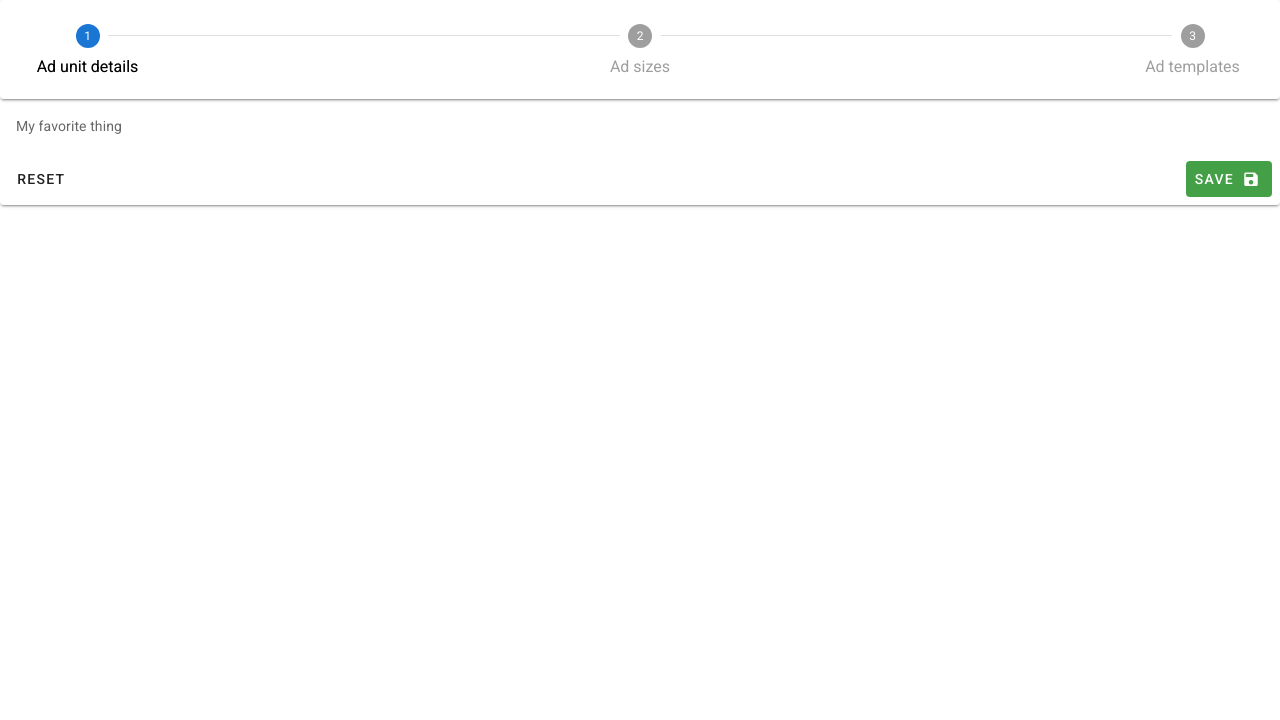
Repository: SidneyHodieb/myc
Page: /addsource
These files come from the project's save history. The page is drawn as it stood at one moment and after the next save; the edit follows.
The browser window is 1280 px wide. The pictures show the whole page.
The project was rebuilt for these pictures with package versions that can differ from the ones it lists, and the page was loaded fresh each time. Also part of the build but not shown: vue.config.js, src/views/Home.vue, src/views/addSource/components/format.vue, src/views/addSource/components/card.vue, src/views/addSource/components/trigger.vue.

Above is the page before, as saved 2021-04-03 18:27:07.

### src/App.vue
<template>
  <v-app>
    <v-main>
      <router-view></router-view>
    </v-main>
  </v-app>
</template>

<script>

export default {
  name: 'App',
  data: () => ({
    //
  }),
};
</script>

### src/router/index.js
import Vue from 'vue'
import VueRouter from 'vue-router'
import Home from '../views/Home.vue'
import addSource from '../views/addSource/column'
import format from '../views/addSource/components/format'
import card from '../views/addSource/components/card'
import trigger from '../views/addSource/components/trigger'

Vue.use(VueRouter)

const routes = [
  {
    path: '/',
    name: 'Home',
    component: Home
  },
  {
    path: '/addsource',
    name: 'addSource',
    component: addSource,
    children: [
      {
        path: 'format',
        component: format
      },
      {
        path: 'card',
        component: card
      },
      {
        path: 'trigger',
        component: trigger
      }
    ]
  },
  {
    path: '/about',
    name: 'About',
    // route level code-splitting
    // this generates a separate chunk (about.[hash].js) for this route
    // which is lazy-loaded when the route is visited.
    component: function () {
      return import(/* webpackChunkName: "about" */ '../views/About.vue')
    }
  }
]

const router = new VueRouter({
  mode: 'history',
  base: process.env.BASE_URL,
  routes
})

export default router

### src/views/addSource/column.vue
<template>
  <v-card>
    <!-- Header -->
      <v-stepper alt-labels>
          <v-stepper-header>
            <v-stepper-step step="1">
              Ad unit details
            </v-stepper-step>

            <v-divider></v-divider>

            <v-stepper-step step="2">
              Ad sizes
            </v-stepper-step>

            <v-divider></v-divider>

            <v-stepper-step step="3">
              Ad templates
            </v-stepper-step>
          </v-stepper-header>
        </v-stepper>

        <!-- Content -->
        <v-card-text>My favorite thing</v-card-text>
        <router-view></router-view>
        <!--Footer  -->


      <!-- <v-row class="">
        <v-col>
          <v-btn
      rounded
      outlined
      color="indigo"
    >
     <v-icon left>
        mdi-arrow-left
      </v-icon>
      Précedent
    </v-btn>
        </v-col>
        <v-col>
          <v-btn
      rounded
      color="primary"
      dark
    >
      Suivant
    </v-btn>
        </v-col>
      </v-row> -->

<v-card-actions style="position:bottom; bottom:0">
      <v-btn
        text
        @click="tree = []"
      >
        Reset
      </v-btn>

      <v-spacer></v-spacer>

      <v-btn
        class="white--text"
        color="green darken-1"
        depressed
      >
        Save
        <v-icon right>
          mdi-content-save
        </v-icon>
      </v-btn>
    </v-card-actions>
   <!--  <v-sheet
      id="scroll-threshold-example"
      class="overflow-y-auto pb-16"
      max-height="600"
    >
      <v-responsive height="1500"></v-responsive>
    </v-sheet> -->
  </v-card>
</template>

<script>
export default {

}
</script>

<style>

</style>

Loaded but not shown: public/index.html (common file); src/main.js (common file); src/store/index.js (common file); src/plugins/vuetify.js (common file)

After the next save:
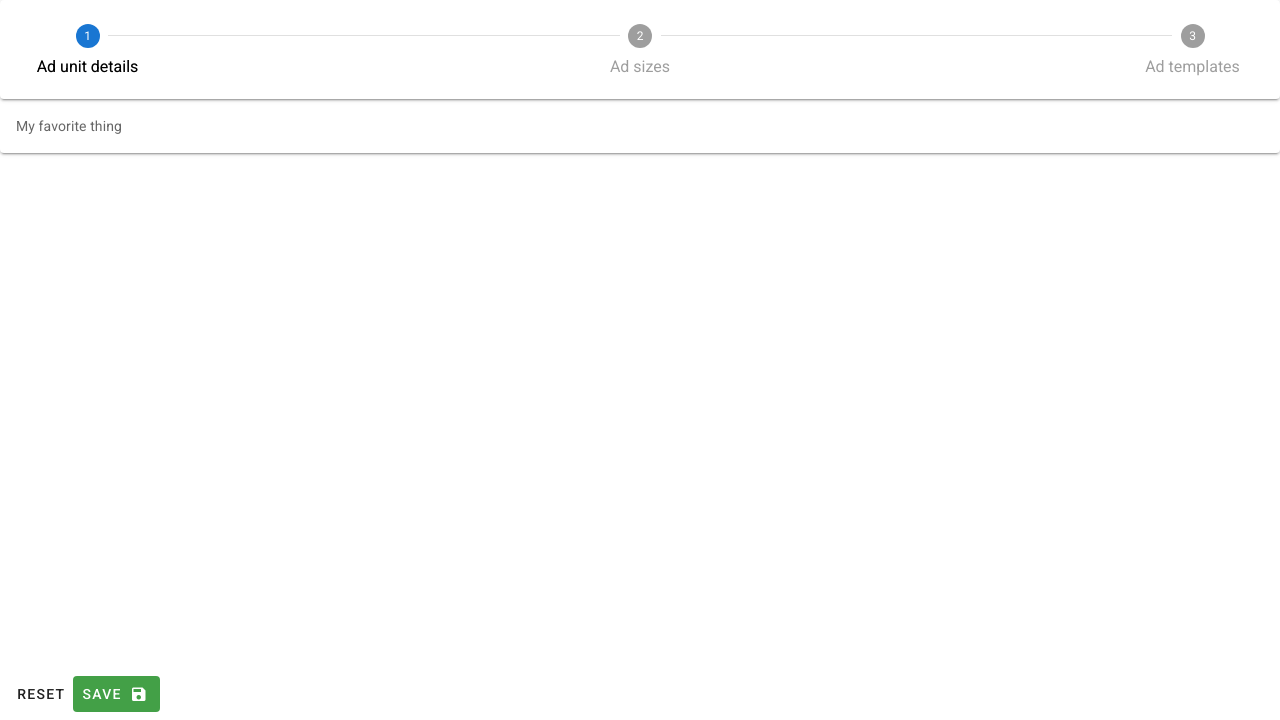
Saved 24 s later.
--- a/src/views/addSource/column.vue
+++ b/src/views/addSource/column.vue
@@ -51,7 +51,7 @@
         </v-col>
       </v-row> -->
 
-<v-card-actions style="position:bottom; bottom:0">
+<v-card-actions style="position:fixed; bottom:0">
       <v-btn
         text
         @click="tree = []"
